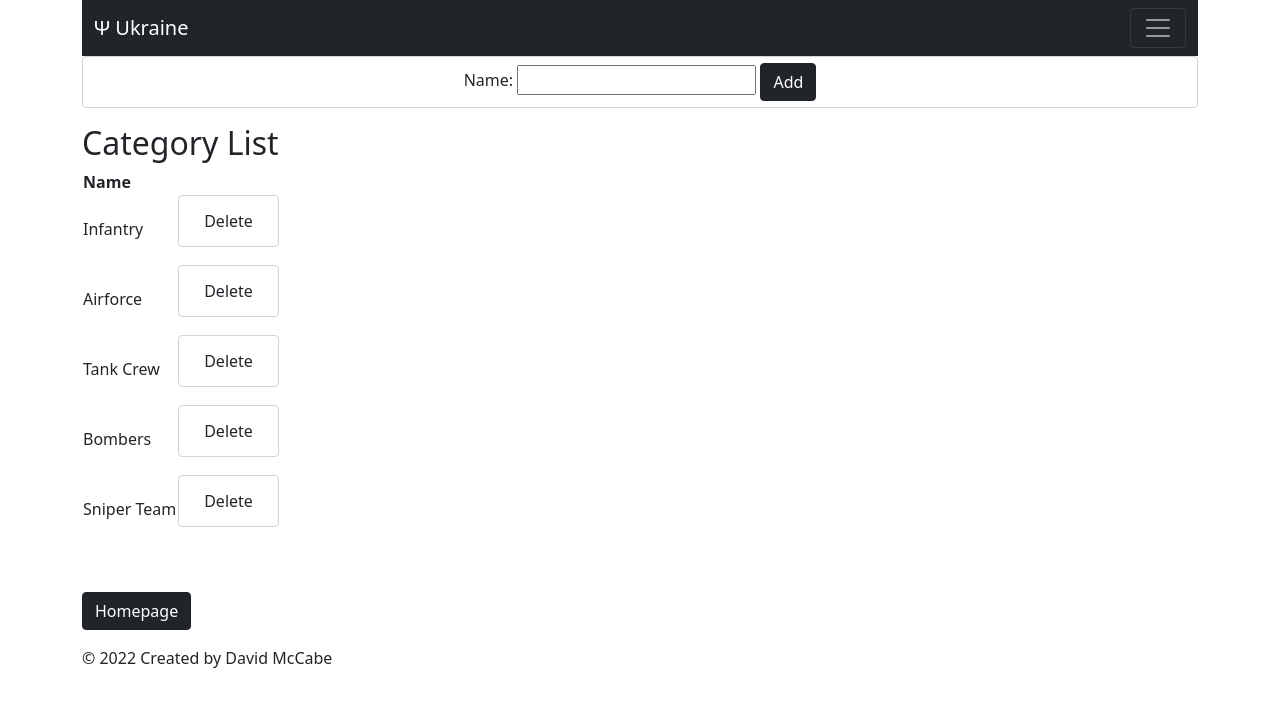
Repository: davidDKIT/ca2-davidmccabe-php
Page: http://localhost/category_list.php
The author's editor kept a copy of each file at every save. The page is drawn from the files as they stood at one save, then again after the next save.
The browser window is 1280 px wide. The pictures show the whole page.
The page is run by PHP 8.4 with error messages shown; the project is at /var/www/html/. The database holds what the project's SQL file puts in it.

Above is the page before, as saved 2022-03-16 13:51:41.

### category_list.php
<?php
    require_once('database.php');

    // Get all categories
    $query = 'SELECT * FROM categories
              ORDER BY categoryID';
    $statement = $db->prepare($query);
    $statement->execute();
    $categories = $statement->fetchAll();
    $statement->closeCursor();
?>
<!-- the head section -->
<div class="container">
<?php
include('includes/header.php');
?>

    <form class="form-control" style = "text-align: center; display: inline-block" action="add_category.php" method="post"
          id="add_category_form">

        <label>Name:</label>
        <input type="input" name="name">
        <input class="btn btn-dark" id="add_category_button" type="submit" value="Add">
    </form>
    <h2>Category List</h2>
    <table>
        <tr>
            <th>Name</th>
            <th>&nbsp;</th>
        </tr>
        <?php foreach ($categories as $category) : ?>
        <tr>
            <td><?php echo $category['categoryName']; ?></td>
            <td>
                <form style = "text-align: center; display: inline-block" class="form-control" action="delete_category.php" method="post"
                      id="delete_product_form">
                    <input type="hidden" name="category_id"
                           value="<?php echo $category['categoryID']; ?>">
                    <input class= "btn" type="submit" value="Delete">
                </form>
            </td>
        </tr>
        <?php endforeach; ?>
    </table>
    <br>
    <br>
    <p><a class="btn btn-dark" style = "text-align: center; display: inline-block"  href="index.php">Homepage</a></p>

    <?php
include('includes/footer.php');
?>

### database.php
<?php
    $dsn = 'mysql:host=localhost;dbname=ukraine_signup';
    $username = 'root';
    $password = '';

    try {
        $db = new PDO($dsn, $username, $password);
    } catch (PDOException $e) {
        $error_message = $e->getMessage();
        include('database_error.php');
        exit();
    }
?>

### includes/header.php
<!-- the head section -->
<?php
if (isset($_POST['submit'])) {
  $searchValue = $_POST['search'];
  $con = new mysqli("localhost", "root", "", "ukraine_signup");
  if ($con->connect_error) {
    echo "connection Failed: " . $con->connect_error;
  } else {
    $sql = "SELECT * FROM recruits WHERE recruitName LIKE '%$searchValue%'";

    $result = $con->query($sql);
    while ($row = $result->fetch_assoc()) {
      echo "Recruit found in database: " . $row['recruitName'] . '<br>' . "Their job associated: " . $row['job'] . '<br>' . '<br>';
    }
  }
}
?>

<head>
  <title>Ukraine Sign Up</title>
  <link href="https://cdn.jsdelivr.net/npm/bootstrap@5.1.3/dist/css/bootstrap.min.css" rel="stylesheet" integrity="sha384-1BmE4kWBq78iYhFldvKuhfTAU6auU8tT94WrHftjDbrCEXSU1oBoqyl2QvZ6jIW3" crossorigin="anonymous">
  <!-- Custom styles for this template-->
  <script src="https://cdn.jsdelivr.net/npm/bootstrap@5.1.3/dist/js/bootstrap.bundle.min.js" integrity="sha384-ka7Sk0Gln4gmtz2MlQnikT1wXgYsOg+OMhuP+IlRH9sENBO0LRn5q+8nbTov4+1p" crossorigin="anonymous"></script>

</head>

<!-- the body section -->

<body>
  <nav class="navbar navbar-dark bg-dark">
    <div class="container-fluid">
      <a class="navbar-brand" href="main.php">Ψ Ukraine</a>
      <button class="navbar-toggler" type="button" data-bs-toggle="collapse" data-bs-target="#navbarNavDropdown" aria-controls="navbarNavDropdown" aria-expanded="false" aria-label="Toggle navigation">
        <span class="navbar-toggler-icon"></span>
      </button>
      <div class="collapse navbar-collapse" id="navbarNavDropdown">
        <ul class="navbar-nav">
          <li class="nav-item">
            <a class="nav-link active" aria-current="page" href="index.php">Home</a>
          </li>
          <li class="nav-item">
            <a class="nav-link" href="category_list.php">Manage Categories</a>
          </li>
          <li class="nav-item">
            <a class="nav-link" href="add_record_form.php">Add New Recruit</a>
          </li>


        </ul>
      </div>
    </div>
  </nav>

### includes/footer.php
<footer>
<p>&copy; <?php echo date("Y"); ?> Created by David McCabe</p>
</footer>
</div><!-- close div container -->
</body>
</html>

### data-for-your-database.sql (the tables this page reads)
CREATE TABLE `categories` (
  `categoryID` int(11) NOT NULL AUTO_INCREMENT,
  `categoryName` varchar(255) NOT NULL,
  PRIMARY KEY (categoryID)
) ENGINE=InnoDB DEFAULT CHARSET=utf8;

INSERT INTO `categories` (`categoryID`, `categoryName`) VALUES
(1, 'Infantry'),
(2, 'Airforce'),
(3, 'Tank Crew'),
(4, 'Bombers'),
(5, 'Sniper Team');

ALTER TABLE `categories`
  ADD PRIMARY KEY (`categoryID`);

ALTER TABLE `categories`
  MODIFY `categoryID` int(11) NOT NULL AUTO_INCREMENT, AUTO_INCREMENT=3;

After the next save:
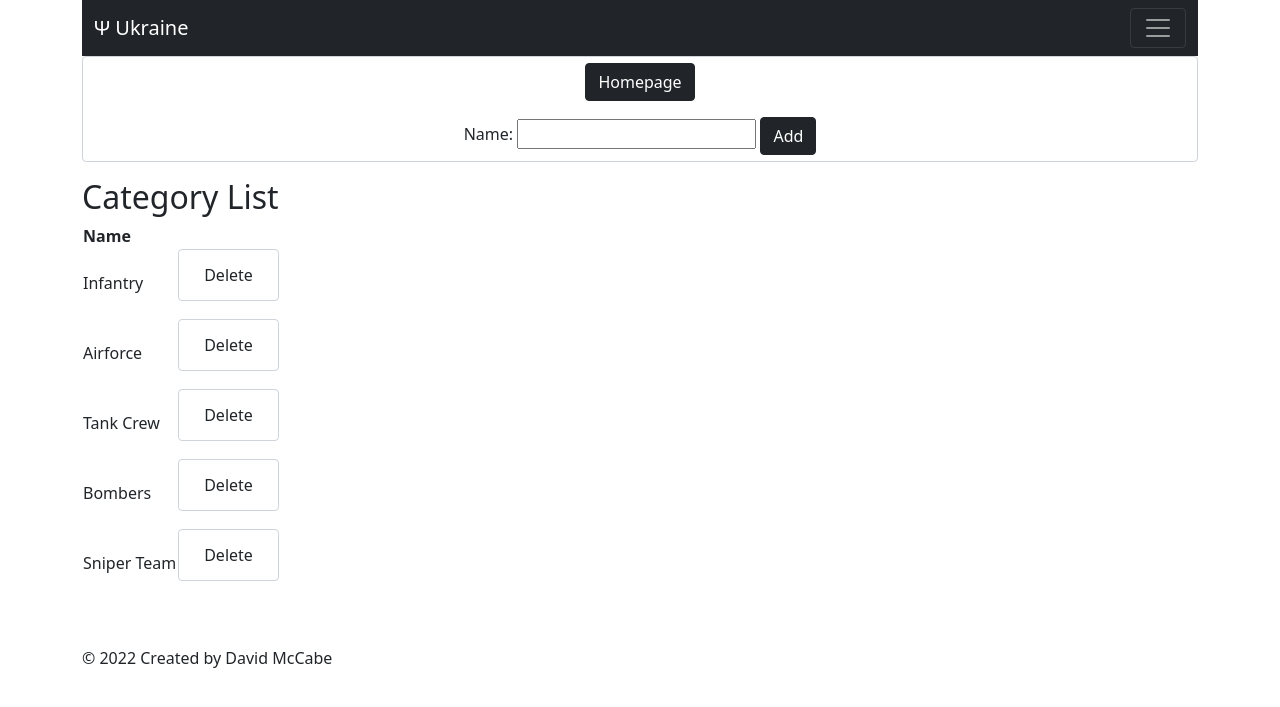
Saved 18 s later.
--- a/category_list.php
+++ b/category_list.php
@@ -17,6 +17,7 @@ include('includes/header.php');
 
     <form class="form-control" style = "text-align: center; display: inline-block" action="add_category.php" method="post"
           id="add_category_form">
+          <p><a class="btn btn-dark" style = "text-align: center; display: inline-block"  href="index.php">Homepage</a></p>
 
         <label>Name:</label>
         <input type="input" name="name">
@@ -44,8 +45,6 @@ include('includes/header.php');
     </table>
     <br>
     <br>
-    <p><a class="btn btn-dark" style = "text-align: center; display: inline-block"  href="index.php">Homepage</a></p>
-
     <?php
 include('includes/footer.php');
 ?>
